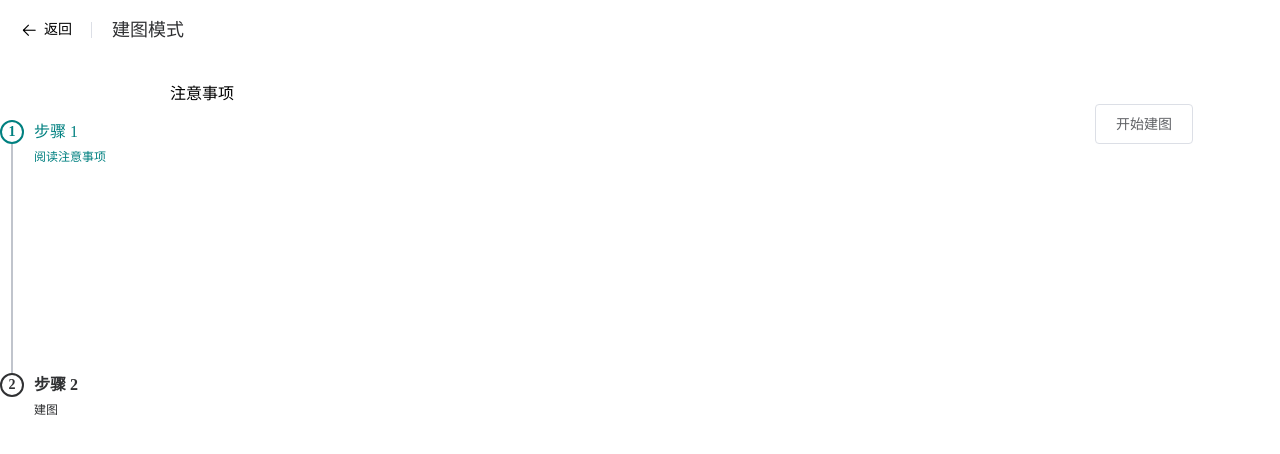
Repository: Forever518/BUAA_SE_Embedded_2021
Page: /#/Build (app in web/ros_web/)
An editor plug-in stored every save of this project. The page is shown before and after the next save, followed by the edit.
The browser window is 1280 px wide. The pictures show the whole page.
The project was rebuilt for these pictures with package versions that can differ from the ones it lists, and the page was loaded fresh each time. Also part of the build but not shown: web/ros_web/src/components/home.vue, web/ros_web/src/components/settings.vue, web/ros_web/src/components/help.vue, web/ros_web/src/components/about.vue, web/ros_web/src/views/Main.vue, web/ros_web/src/views/Mark.vue, web/ros_web/src/components/buildings.vue, web/ros_web/src/views/Serve.vue.

Above is the page before, as saved 2021-05-08 14:44:04.

### web/ros_web/src/App.vue
<template>
  <router-view/>
</template>

<script>
</script>

<style>
#app {
  font-family: 'Avenir', Helvetica, Arial, sans-serif;
  -webkit-font-smoothing: antialiased;
  -moz-osx-font-smoothing: grayscale;
  text-align: center;
  color: #2c3e50;
  margin-top: 60px;
}
html,
body,
#app{
  height: 100%;
}
* {
  padding: 0;
  margin: 0;
}
.el-container {
  height: 100%
}
.el-menu--horizontal > .el-menu-item {
  border-bottom: none!important;
}
.el-menu--horizontal > .el-menu-item:hover {
  border-bottom: none!important;
  /* color: rgb(51, 51, 243)!important; */
}
.el-menu--horizontal > .el-menu-item.is-active {
  border-bottom: none!important;
}
.el-menu--horizontal {
  border-bottom: none!important;
}
</style>

### web/ros_web/src/router/index.js
import Vue from 'vue'
import VueRouter from 'vue-router'
import Main from '../views/Main.vue'
import Mark from '../views/Mark.vue';
import Build from '../views/Build.vue';
import Serve from '../views/Serve.vue';

Vue.use(VueRouter)

const routes = [
  {
    path: '/Main',
    name: 'Main',
    component: Main
  },
  {
    path: '/Build',
    name: 'Build',
    component: Build
  },
  {
    path: '/Mark',
    name: 'Mark',
    component: Mark
  },
  {
    path: '/Serve',
    name: 'Serve',
    component: Serve
  },
  {
    path: '/',
    redirect: '/Main'
  }
]

const router = new VueRouter({
  routes
})

export default router

### web/ros_web/src/views/Build.vue
<template>
  <el-container>
    <el-header>
      <el-page-header @back="goBack" content="建图模式">
      </el-page-header>
    </el-header>
    <el-container>
      <el-aside>
        <div style="height: 300px; padding-top: 60px">
          <el-steps direction="vertical" :active="nowStep">
            <el-step title="步骤 1" description="阅读注意事项"></el-step>
            <el-step title="步骤 2" description="建图"></el-step>
          </el-steps>
        </div>
      </el-aside>
      <el-container>
        <el-main>
          <attentions @next-step-click="attentions_click" :type="type" v-if="step === 'attentions'"></attentions>
          <building v-if="step === 'building'"></building>
        </el-main>
      </el-container>
    </el-container>
  </el-container>
</template>

<script>
  import attentions from '../components/attentions';
  import building from '../components/buildings';
  export default {
    data() {
      return {
        step: 'attentions',
        type: 'build',
        nowStep: 1,
      }
    },
    methods: {
      goBack() {
        this.$router.push({
          name: 'Main'
        })
      },
      attentions_click(next_component) {
        this.step = next_component;
        this.nowStep = 2;
      }
    },
    components: {
      attentions,
      building,
    }
  }
</script>

<style>
.el-page-header {
  height: 100%!important;
  line-height: 60px!important;
}
.el-aside {
  width: 150px!important;
}
</style>

### web/ros_web/src/components/attentions.vue
<template>
  <div>
    <div v-if="type === 'build'">
      <div class="messageBox">
        <p>注意事项</p>
      </div>
      <el-row :gutter="20" type="flex" justify="space-between">
        <el-col :span="4">

        </el-col>
        <el-col :span="4">
          <el-button @click="back(next_component)">开始建图</el-button>
        </el-col>
      </el-row>
    </div>
  </div>
</template>

<script>
  export default {
   data() {
     return {

     }
   },
   props: {
     type: {
       type: String,
       require: true,
     }
   },
   methods: {
     back(next_component) {
       this.$emit('next-step-click', next_component);
     }
   },
   computed: {
     next_component() {
       if(this.type === 'build') {
         return 'building';
       }
       return 'building';
     }
   }
  }
</script>

<style>
.messageBox {
  height: 80%!important;
}
</style>

Loaded but not shown: web/ros_web/public/index.html (common file); web/ros_web/src/main.js (common file); web/ros_web/src/plugins/element.js (common file); web/ros_web/src/element-variables.scss (common file)

After the next save:
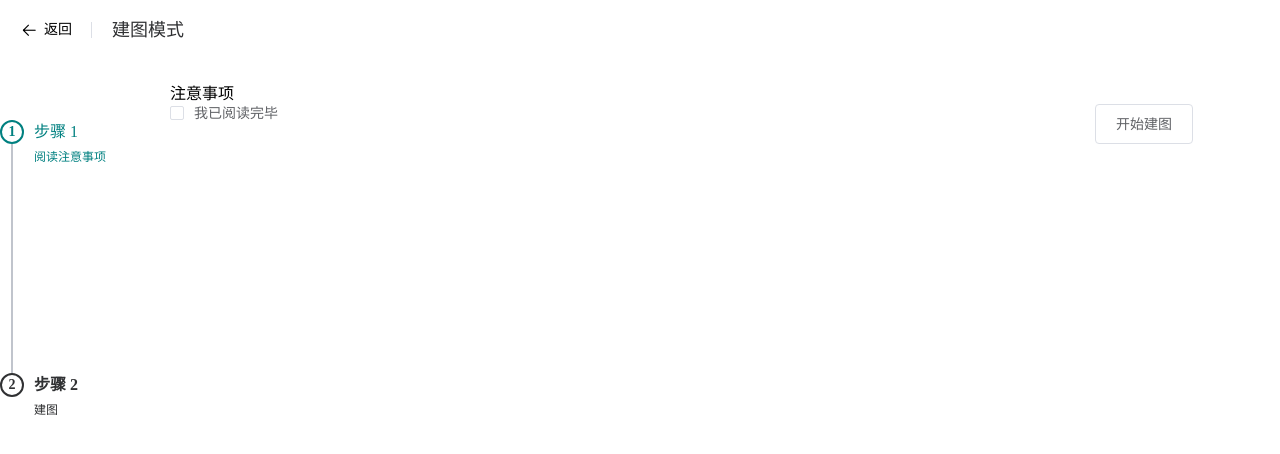
Saved 2 min 20 s later.
--- a/web/ros_web/src/components/attentions.vue
+++ b/web/ros_web/src/components/attentions.vue
@@ -6,7 +6,7 @@
       </div>
       <el-row :gutter="20" type="flex" justify="space-between">
         <el-col :span="4">
-
+          <el-checkbox v-model="haveRead">我已阅读完毕</el-checkbox>
         </el-col>
         <el-col :span="4">
           <el-button @click="back(next_component)">开始建图</el-button>
@@ -20,7 +20,7 @@
   export default {
    data() {
      return {
-
+       haveRead: false,
      }
    },
    props: {
